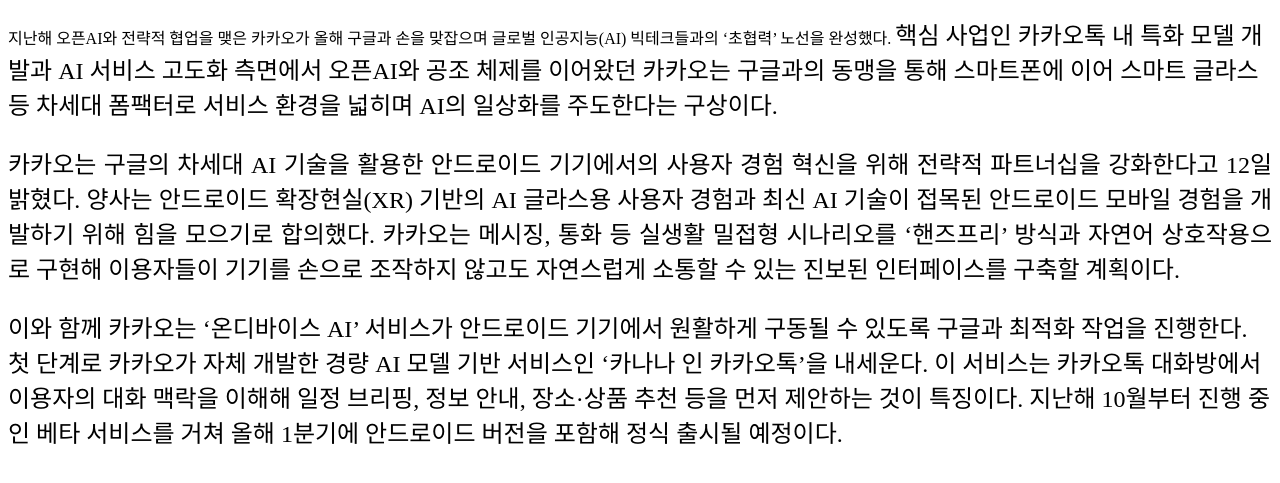
Repository: HongTaeHun337/HTML-CSS-JavaScript-
Page: html/HtmlTest/src/main/webapp/ex07_p.html
An editor plug-in stored every save of this project. The page is shown before and after the next save, followed by the edit.
The browser window is 1280 px wide. The pictures show the whole page.

Above is the page before, as saved 2026-02-13 00:16:31.

After the next save:
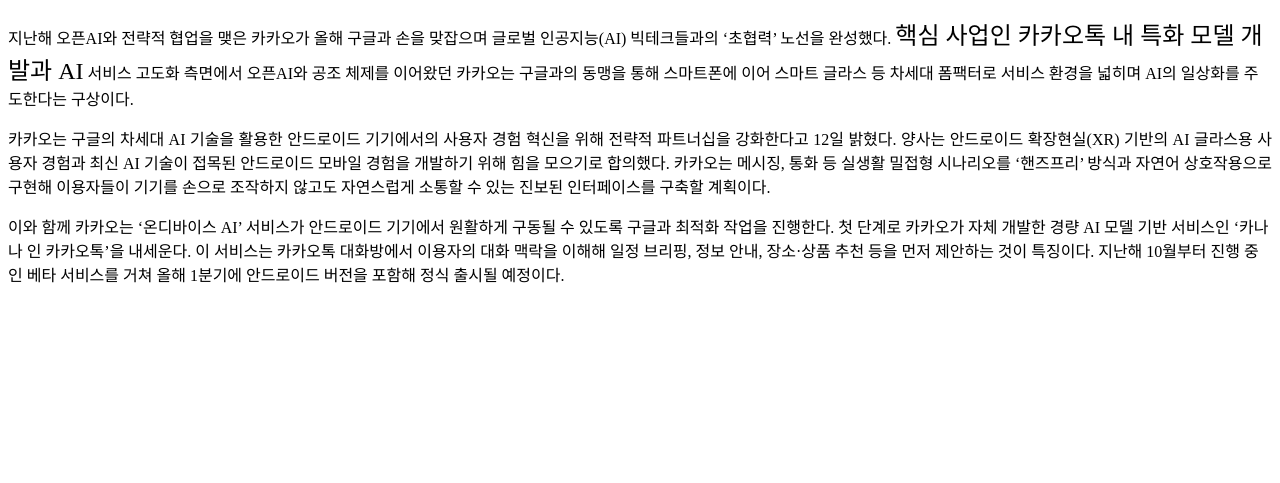
Saved 19 s later.
--- a/html/HtmlTest/src/main/webapp/ex07_p.html
+++ b/html/HtmlTest/src/main/webapp/ex07_p.html
@@ -28,8 +28,7 @@
 
 	 -->
 
-<p>지난해 오픈AI와 전략적 협업을 맺은 카카오가 올해 구글과 손을 맞잡으며 글로벌 인공지능(AI) 빅테크들과의 ‘초협력’ 노선을 완성했다.
-<font size = "5">핵심 사업인 카카오톡 내 특화 모델 개발과 AI 서비스 고도화 측면에서 오픈AI와 공조 체제를 이어왔던 카카오는 구글과의 동맹을 통해 스마트폰에 이어 스마트 글라스 등 차세대 폼팩터로 서비스 환경을 넓히며 AI의 일상화를 주도한다는 구상이다.</p>
+<p>지난해 오픈AI와 전략적 협업을 맺은 카카오가 올해 구글과 손을 맞잡으며 글로벌 인공지능(AI) 빅테크들과의 ‘초협력’ 노선을 완성했다. <font size = "5">핵심 사업인 카카오톡 내 특화 모델 개발과 AI</font> 서비스 고도화 측면에서 오픈AI와 공조 체제를 이어왔던 카카오는 구글과의 동맹을 통해 스마트폰에 이어 스마트 글라스 등 차세대 폼팩터로 서비스 환경을 넓히며 AI의 일상화를 주도한다는 구상이다.</p>
 
 <p align="justify">카카오는 구글의 차세대 AI 기술을 활용한 안드로이드 기기에서의 사용자 경험 혁신을 위해 전략적 파트너십을 강화한다고 12일 밝혔다. 양사는 안드로이드 확장현실(XR) 기반의 AI 글라스용 사용자 경험과 최신 AI 기술이 접목된 안드로이드 모바일 경험을 개발하기 위해 힘을 모으기로 합의했다. 카카오는 메시징, 통화 등 실생활 밀접형 시나리오를 ‘핸즈프리’ 방식과 자연어 상호작용으로 구현해 이용자들이 기기를 손으로 조작하지 않고도 자연스럽게 소통할 수 있는 진보된 인터페이스를 구축할 계획이다.</p>
 
